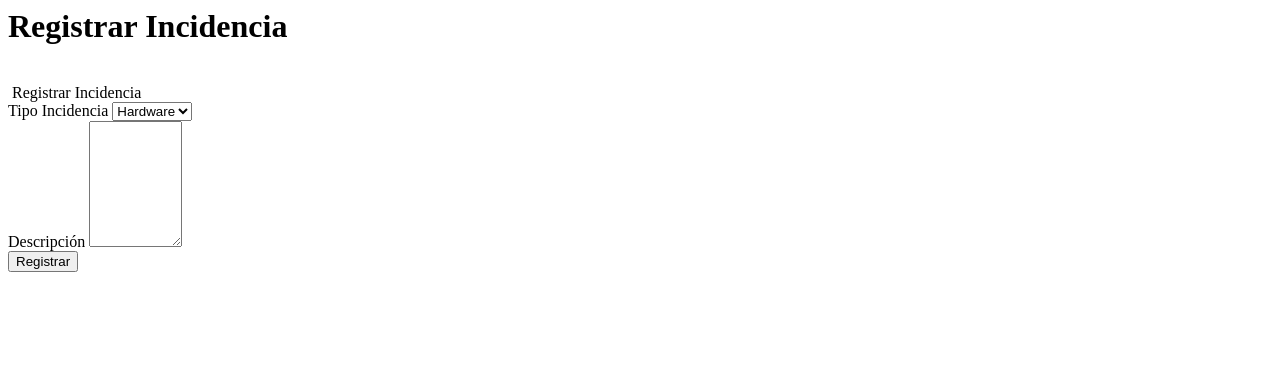
Repository: androla10/ProyectoCibert5to
Page: http://localhost/GDI/Incidencia/RegistrarIncidencia.jsp
The author's editor kept a copy of each file at every save. The page is drawn from the files as they stood at one save, then again after the next save.
The browser window is 1280 px wide. The pictures show the whole page.
The page is served by Tomcat 9. Nobody is signed in. The application's start-up code is not run. Other server files are loaded and not shown.

Above is the page before, as saved 2016-05-10 22:01:50.

### GDI/src/main/webapp/Incidencia/RegistrarIncidencia.jsp
<div class="container-fluid">
	<h1 class="text-center">Registrar Incidencia</h1>
	<br>
	<div class="panel-primary">
		<div class="panel-heading">
			<i class="fa fa-user fa-1x"></i>&nbsp;Registrar Incidencia
		</div>
		<div class="panel-body">
			<form action="" id="formRegistroIncidencia">
				<div class="row">
					<div class="col-xs-12 col-sm-12 col-md-6 col-lg-6">
						<div class="form-group">
							<label for="tipoIncidencia">Tipo Incidencia</label> <select
								class="form-control" name="incidencia.TipoIncidencia"
								id="tipoIncidencia">
								<option value="1">Hardware</option>
								<option value="2">Software</option>
							</select>
						</div>
						<div class="form-group">
							<label for="descripcion">Descripción</label>
							<textarea type="text" class="form-control"
								name="usuario.apellido" id="descripcion" rows="8" cols="9"></textarea>
						</div>
						<button type="submit" class="btn btn-primary">Registrar</button>
					</div>
					<div class="col-xs-12 col-sm-12 col-sm-6 col-lg-6">
					</div>
				</div>
			</form>
		</div>
	</div>
</div>

After the next save:
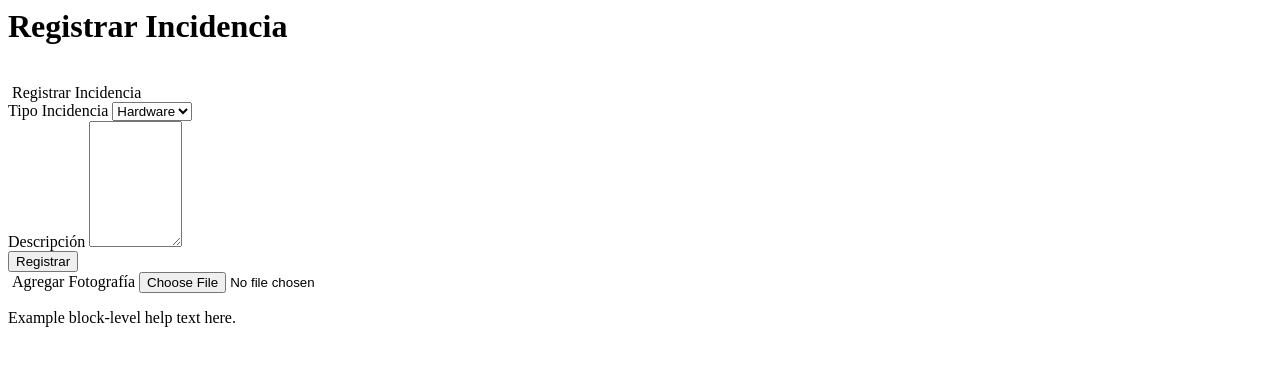
Saved 5 s later.
--- a/GDI/src/main/webapp/Incidencia/RegistrarIncidencia.jsp
+++ b/GDI/src/main/webapp/Incidencia/RegistrarIncidencia.jsp
@@ -25,6 +25,12 @@
 						<button type="submit" class="btn btn-primary">Registrar</button>
 					</div>
 					<div class="col-xs-12 col-sm-12 col-sm-6 col-lg-6">
+						<div class="form-group">
+							<label for="archivo"><i class="fa fa-file-image-o fa-1x"></i>&nbsp;Agregar
+								Fotografía</label> <input type="file" name="incidencia.archivo"
+								id="archivo " />
+							<p class="help-block">Example block-level help text here.</p>
+						</div>
 					</div>
 				</div>
 			</form>
